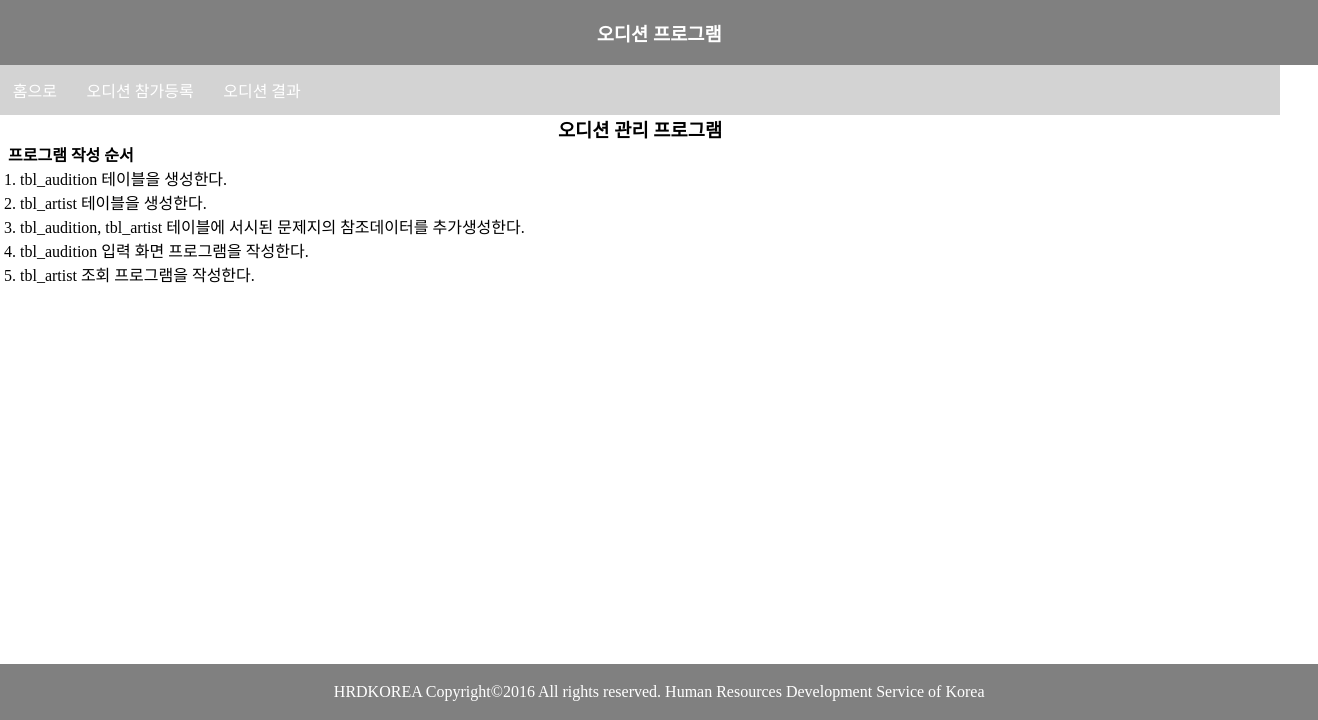
Repository: jieun000/Craftsman_Information_Processing
Page: http://localhost/Test/main.jsp
These files come from the project's save history. The page is drawn as it stood at one moment and after the next save; the edit follows.
The browser window is 1280 px wide. The page is 1318 px wide, so the pictures cover 1318 px, including what lies to the right of the window. The pictures show the whole page.
The page is served by Tomcat 9.

Above is the page before, as saved 2023-09-06 01:29:12.

After the next save:
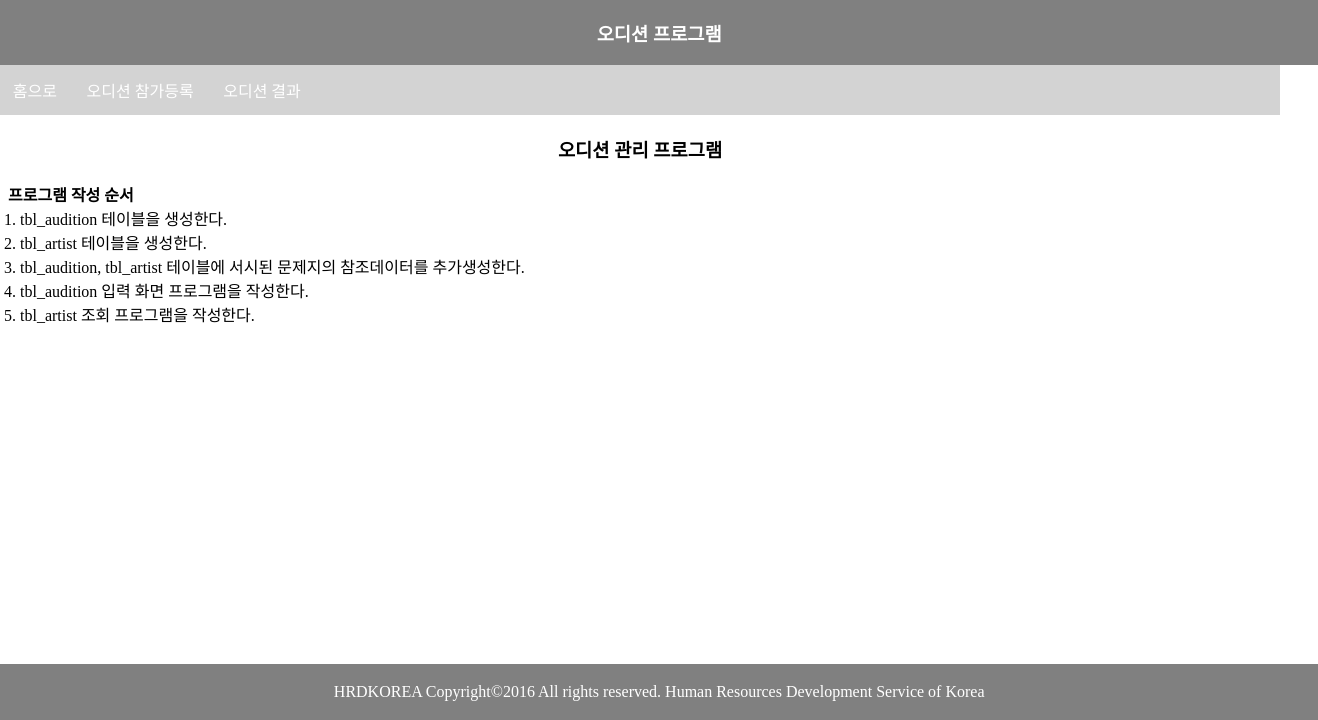
Saved 20 s later.
--- a/02_study/Test/src/main/webapp/main.jsp
+++ b/02_study/Test/src/main/webapp/main.jsp
@@ -21,7 +21,7 @@ nav > a:hover { background: gray; }
 		<a href="result.jsp">오디션 결과</a>
 	</nav>
 	<section>
-		<h3 style="text-align: center;">오디션 관리 프로그램</h3>
+		<h3 style="text-align: center; margin: 20px;">오디션 관리 프로그램</h3>
 		<h4>&nbsp;&nbsp;프로그램 작성 순서</h4>
 		<span>&nbsp;1. tbl_audition 테이블을 생성한다.</span> <br>
 		<span>&nbsp;2. tbl_artist 테이블을 생성한다.</span> <br>
